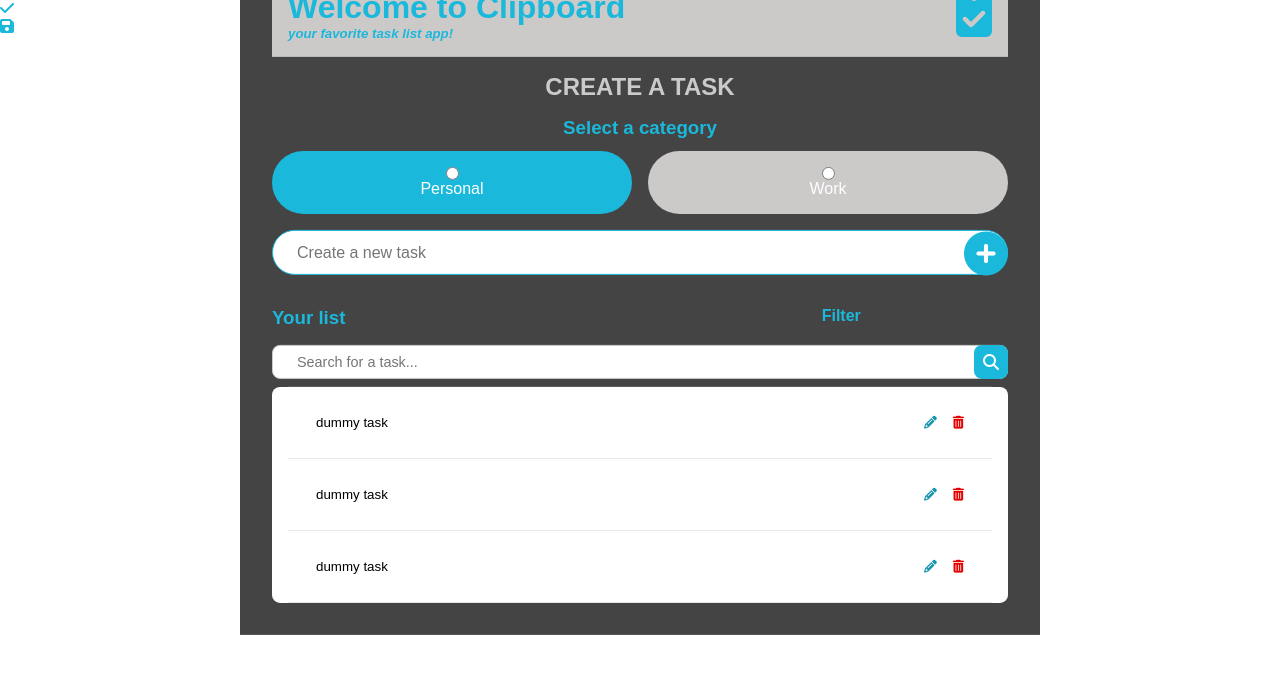
Repository: WesleyErasmus/Todo-App
Page: todoApp.html
The author's editor kept a copy of each file at every save. The page is drawn from the files as they stood at one save, then again after the next save.
The browser window is 1280 px wide. The pictures show the whole page.
Some web libraries are served in a nearby version.

Above is the page before, as saved 2022-06-04 22:42:11.

### todoApp.html
<!DOCTYPE html>
<html lang="en">
<head>
    <meta charset="UTF-8">
    <meta http-equiv="X-UA-Compatible" content="IE=edge">
    <meta name="viewport" content="width=device-width, initial-scale=1.0">
    <title>Todo App</title>
    <script src="https://kit.fontawesome.com/81ea498f91.js" crossorigin="anonymous"></script>
    <link rel="stylesheet" href="/source/css/todoApp.css">
    <script src="/source/script/todoApp.js" defer></script>
</head>
<body>
    <!-- App wrapper -->
    <main class="app-wrapper">
        <!-- App header -->
        <header>
            <div>
            <h1>Welcome to Clipboard</h1>
            <h5><em>your favorite task list app!</em></h5>
            </div>
            <div id="jumbotron-logo"><i class="fa-solid fa-clipboard-check fa-3x"></i></div>
        </header>

        <!-- <div id="sub-header">
        <form id="search-bar">
        <input type="text"
        id="search-bar"
        placeholder="Search for a task...">
        <button type="submit"><i class="fa fa-search"
        id="search-submit-btn"></i></button>
        </form>
        </div> -->

        <h2 id="create-task-heading">CREATE A TASK</h2>

        <!-- Categories section -->
        <section>
        <form id="todo-list-form">
            <h3 class="category-heading">Select a category</h3>
            <div class="category-selectors">
                <!-- Personal category (make to assign as default, unless user selects work category) -->
                <label id="personal-label-btn">
                    <input type="radio" name="category" value="Personal" id="personal-category" />
                    <div>Personal</div>
                </label>
                <!-- Work category -->
                <label id="work-label-btn">
                    <input type="radio" name="category" value="Work" id="work-category" />
                    <div>Work</div>
                </label>
            </div> <!-- End of radio categories div -->
            <div class="create-submit">
            <input type="text" name="create-task" id="create-task" placeholder="Create a new task" />
            <button id="task-submit-btn" type="submit" value="create-new-task">
                <i class="fa-solid fa-circle-plus"></i>
            </button>
        </div>
        </form>
        </section>

        <!-- Task list is created here, new tasks are outputted below -->
        <section class="todo-list-output">
            <div id="list-header">
            <h3>Your list</h3>
            <div><strong>Filter</strong></div>
            </div>
            <div id="sub-header">
                <form id="search-bar">
                <input type="text"
                id="search-bar"
                placeholder="Search for a task...">
                <button type="submit"><i class="fa fa-search"
                id="search-submit-btn"></i></button>
                </form>
                </div>
            <!-- Actual task list output -->
            <div class="tasks" id="tasks">

                <div class="dummy-task">

                    <div class="task-name">
                        <input type="text"
                        class="text"
                        value="dummy task"
                        readonly>
                        <div class="edit-delete">
                            <button class="edit"><i class="fa-solid fa-pencil"></i></button>
                            <button class="delete"><i class="fa fa-trash" aria-hidden="true"></i></button>
                        </div>
                    </div>
                </div>

                <div class="dummy-task">

                    <div class="task-name">
                        <input type="text"
                        class="text"
                        value="dummy task"
                        readonly>
                        <div class="edit-delete">
                            <button class="edit"><i class="fa-solid fa-pencil"></i></button>
                            <button class="delete"><i class="fa fa-trash" aria-hidden="true"></i></button>
                        </div>
                    </div>
                </div>

                <div class="dummy-task">

                    <div class="task-name">
                        <input type="text"
                        class="text"
                        value="dummy task"
                        readonly>
                        <div class="edit-delete">
                            <button class="edit"><i class="fa-solid fa-pencil"></i></button>
                            <button class="delete"><i class="fa fa-trash" aria-hidden="true"></i></button>
                        </div>
                    </div>
                </div>

            </div>

        </section>

    </main> <!-- End of App wrapper -->
        <!-- Save icon and task complete icon -->
                <li><i class="fa-solid fa-check"></i></li>
                <li><i class="fa-solid fa-floppy-disk"></i></li>

</body>
</html>

### source/css/todoApp.css
/* CSS Variables */
:root {
    --background-color: #fff;
    --primary: #1AB8DB;
    --secondary: #1593AF;
    --delete: #E50000;
    --grey: #ccc9c9;
    --dark-grey: #444444;

    --shadows: 0 1px 3px rgba(0,0,0,0.12);

    /* add linear gradients */
}

/* Universal selector styling */
* {
    box-sizing: border-box;
    margin: 0;
    padding: 0;
    font-family: sans-serif;
    list-style: none;
}

/* Below will remove input and checkbox default styling */
input:not([type="radio"]):not([type="checkbox"]), button {
	appearance: none;
	border: none;
	outline: none;
	background: none;
	cursor: initial;
}

button {
	appearance: none;
	border: none;
	outline: none;
	background: none;
	cursor: initial;
}

body {
    background-color: var(--background-color);
    color: var(--primary);
}

main {
    padding-top: 2rem;
    background-color: var(--dark-grey);
    padding-left: 2rem;
    padding-right: 2rem;
    flex: 1 1 0%;
    align-items: center;
    justify-content: center;
    max-width: 800px;
    width: 100%;
    position: absolute;
    top: 40%;
    left: 50%;
    margin-right: -50%;
    transform: translate(-50%, -50%)
}

section {
    margin-top: 1rem;
    margin-bottom: 2rem;
}

header {
    display: flex;
    justify-content: space-between;
    padding: 1rem;
    background-color: var(--grey);
}

#search-bar {
    display: flex;
    position: relative;
    justify-content: center;
    align-items: center;
}

#search-bar input{
	display: block;
	width: 100%;
	font-size: 0.9rem;
	padding: 0.50rem 1.5rem;
    padding-right: 0rem;
	color: var(--dark-grey);
	background-color: var(--background-color);
    border: 0.1px solid var(--grey);
    border-radius: 0.5rem;
    margin-bottom: 0.5rem;
}

#search-submit-btn {
    position: absolute;
    display: block;
    right: 0rem;
    top: 0;
    background-color: var(--primary);
    /* border-radius: 50%; */
    border-top-left-radius: 0.5rem;
    border-bottom-left-radius: 0.5rem;
    border-top-right-radius: 0.5rem;
    border-bottom-right-radius: 0.5rem;
    padding: 0.56rem;
    color: #fff;
    /* border: none; */
    /* color: var(--primary); */
}

/* Font-awesome search icon styling */
.fa-search {
    font-size: 1rem;
    color: var(--primary);
}

#sub-header {
    margin-top: 1rem;
    text-align: center;
    align-items: center;
}

#create-task {
	display: block;
	width: 100%;
	font-size: 1rem;
	padding: 0.79rem 1.5rem;
    padding-right: 0rem;
	color: var(--dark-grey);
	background-color: var(--background-color);
    border: 0.1px solid var(--primary);
    border-radius: 9999px;
}

/* change to task add btn */
#task-submit-btn{
    position: absolute;
    display: block;
    right: 0rem;
    bottom: -0.5px;
    border: none;
    background-color: transparent;
    color: var(--primary);
}

.fa-circle-plus {
    font-size: 2.75rem;
}

/* add gradient color to fa-logo */

#create-task-heading {
    color: var(--grey);
    margin-top: 1rem;
    text-align: center;
}

.category-heading {
    text-align: center;
    margin-bottom: 0.75rem;
}

.category-selectors {
    display: grid;
    grid-template-columns: repeat(2, 1fr);
    grid-gap: 1rem;
    margin-bottom: 1rem;
}

.category-selectors label{
    display: flex;
    flex-direction: column;
    justify-content: center;
    align-items: center;
    background-color: var(--primary);
    padding: 1rem 2rem;
    border-radius: 999999px;
    color: #fff;
}

/* change the below id to #work-category-btn */
#work-label-btn {
background-color: var(--grey);
}

.create-submit {
    position: relative;
    display: flex;
    justify-content: center;
    align-items: center;
    text-align: center;
    margin-top: 0.5rem;
}

.create-task {
    text-align: center;
}

#list-header {
width: 80%;
display: flex;
justify-content: space-between;
margin-bottom: 1rem;
}

#tasks {
    border-radius: 0.5rem;
    background-color: #fff;
}

#tasks .task-name {
    display: flex;
    justify-content: space-between;
    background-color: var(--background-color);
    padding: 1.75rem;
    /* border-radius: 0.5rem; */
    background-color: #fff;
    margin-bottom: 0rem;
    margin: 0 1rem;
    border-bottom: 0.01px solid rgba(229, 225, 225, 0.919);
}

.dummy-task .task-name {
    flex: 1 1 0%;
}

.dummy-task .task-name .text {
    /* color: #1593AF; */
    width: 100%;
    display: block;
    transition: 0.4s;
}

.dummy-task .edit-delete {
    display: flex;
    margin: 0 -0.5rem;

}

/* Edit button styling */

.fa-pencil {
    color: var(--secondary);
}

.fa-trash {
    color: var(--delete);
}

.dummy-task .edit-delete button {
    cursor: pointer;
    margin: 0 0.5rem;
    font-size: 0.8rem;
    font-weight: 700;
    text-transform: uppercase;
    transition: 0.4s;
}

Loaded but not shown: source/script/todoApp.js (no copy from this time; the picture is the same without it)

After the next save:
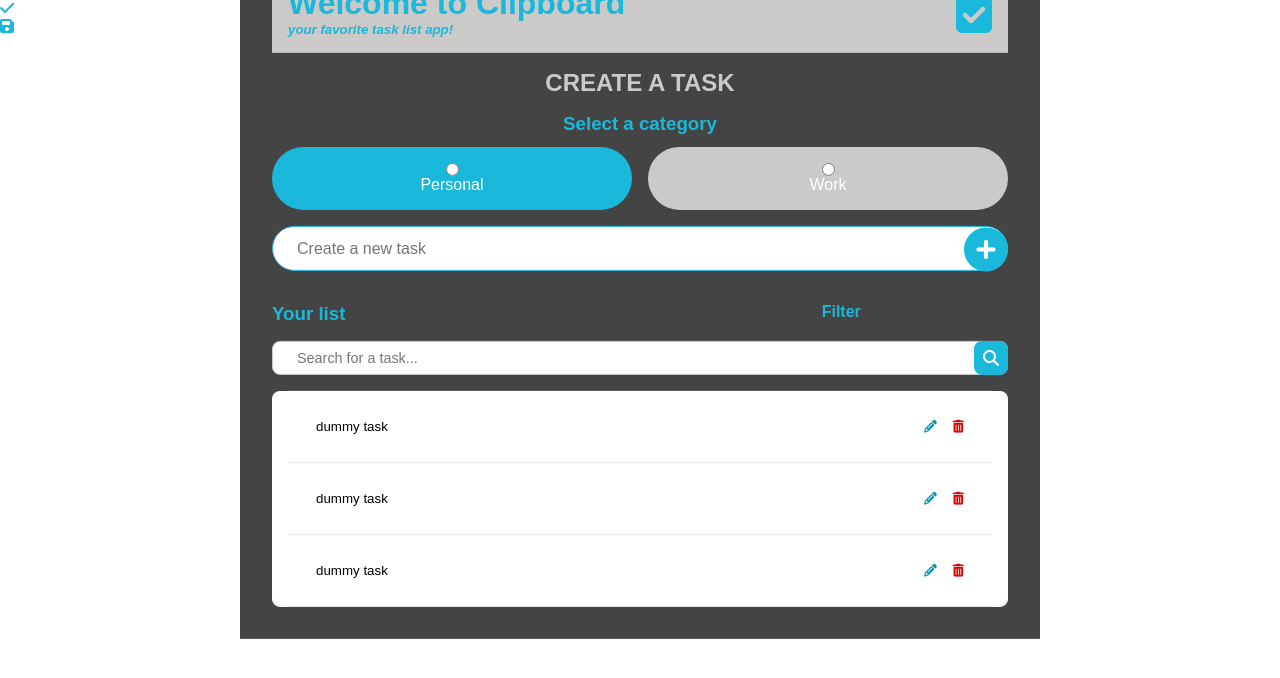
Saved 10 s later.
--- a/source/css/todoApp.css
+++ b/source/css/todoApp.css
@@ -89,7 +89,7 @@ header {
 	background-color: var(--background-color);
     border: 0.1px solid var(--grey);
     border-radius: 0.5rem;
-    margin-bottom: 0.5rem;
+    margin-bottom: 1rem;
 }
 
 #search-submit-btn {
